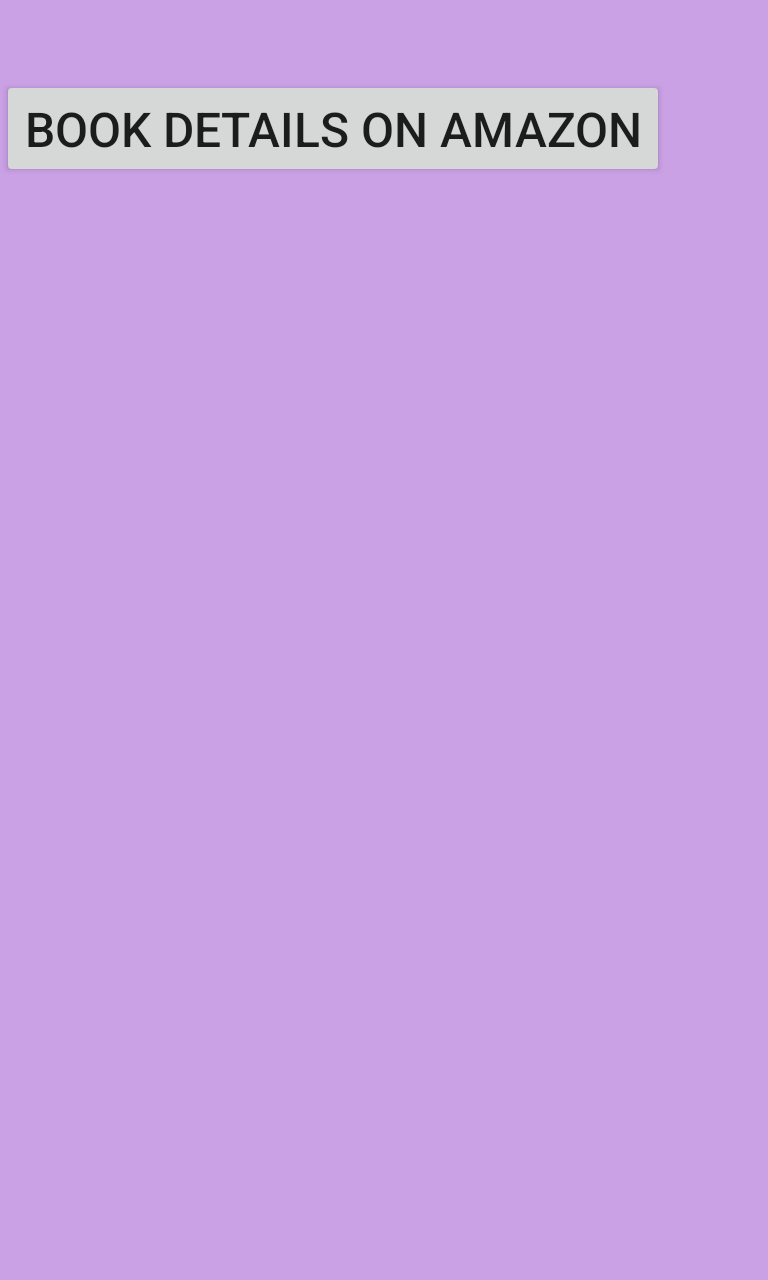
Repository: arianaantonio/MDF3_Antonio
Layout: Readable/res/layout/widget_layout.xml
These files come from the project's save history. The layout is drawn as it stood at one moment and after the next save; the edit follows.
It is drawn on a 768 x 1280 px phone screen (xhdpi) without system bars, with theme AppTheme; the app's code is not run.

Above is the layout before, as saved 2014-08-20 06:39:25.

### Readable/res/layout/widget_layout.xml
<?xml version="1.0" encoding="utf-8"?>
<FrameLayout xmlns:android="http://schemas.android.com/apk/res/android"
    xmlns:tools="http://schemas.android.com/tools"
    android:layout_width="match_parent"
    android:layout_height="match_parent"
    android:padding="@dimen/widget_margin"
    android:orientation="vertical" >

    <LinearLayout
        android:layout_width="match_parent"
        android:layout_height="match_parent"
        android:background="@color/lavender"
        android:orientation="vertical"
        tools:ignore="UselessParent" >

        <TextView
            android:id="@+id/nextBookTitle"
            android:layout_width="180dp"
            android:layout_height="wrap_content"
            android:gravity="left"
            android:text=""
            android:textColor="@color/black"
            android:layout_marginLeft="5dp" >
        </TextView>

        <TextView
            android:id="@+id/nextBook"
            android:layout_width="180dp"
            android:layout_height="wrap_content"
            android:gravity="left"
            android:text=""
            android:textColor="@color/black"
            android:layout_marginLeft="5dp" >
        </TextView>

        <Button
            android:id="@+id/button1"
            android:layout_width="wrap_content"
            android:layout_height="wrap_content"
            android:text="@string/widget_button"
            android:textSize="24sp" />

    </LinearLayout>

</FrameLayout>

### Readable/res/values/strings.xml
<?xml version="1.0" encoding="utf-8"?>
<resources>

    <string name="app_name">Readable</string>
    <string name="username">Enter Your Name:</string>
    <string name="nextBook">Next Book:</string>
    <color name="lavender">#cba1e6</color>
    <string name="backgroundColor">Choose A Book Text Color:</string>
    <string name="button">Save Settings</string>
    <dimen name="widget_margin">8dp</dimen>
    <string name="widget_button">Book Details On Amazon</string>
    <string name="detailactivity">Book Details</string>
    <color name="black">#000000</color>

</resources>

Loaded but not shown: Readable/res/values/styles.xml (common file); Readable/res/values-v11/styles.xml (common file); Readable/res/values-v14/styles.xml (common file)

After the next save:
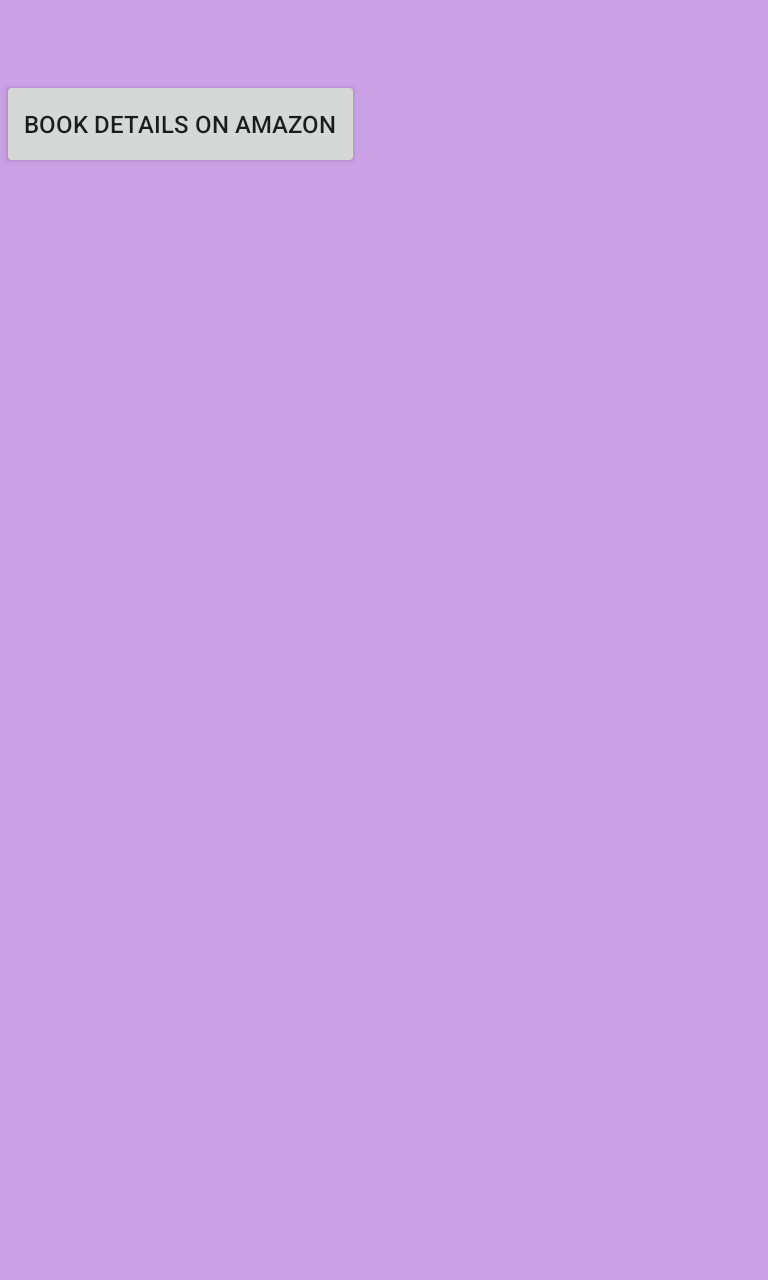
Saved 43 s later.
--- a/Readable/res/layout/widget_layout.xml
+++ b/Readable/res/layout/widget_layout.xml
@@ -38,7 +38,7 @@
             android:layout_width="wrap_content"
             android:layout_height="wrap_content"
             android:text="@string/widget_button"
-            android:textSize="24sp" />
+            android:textSize="12sp" />
 
     </LinearLayout>
 
